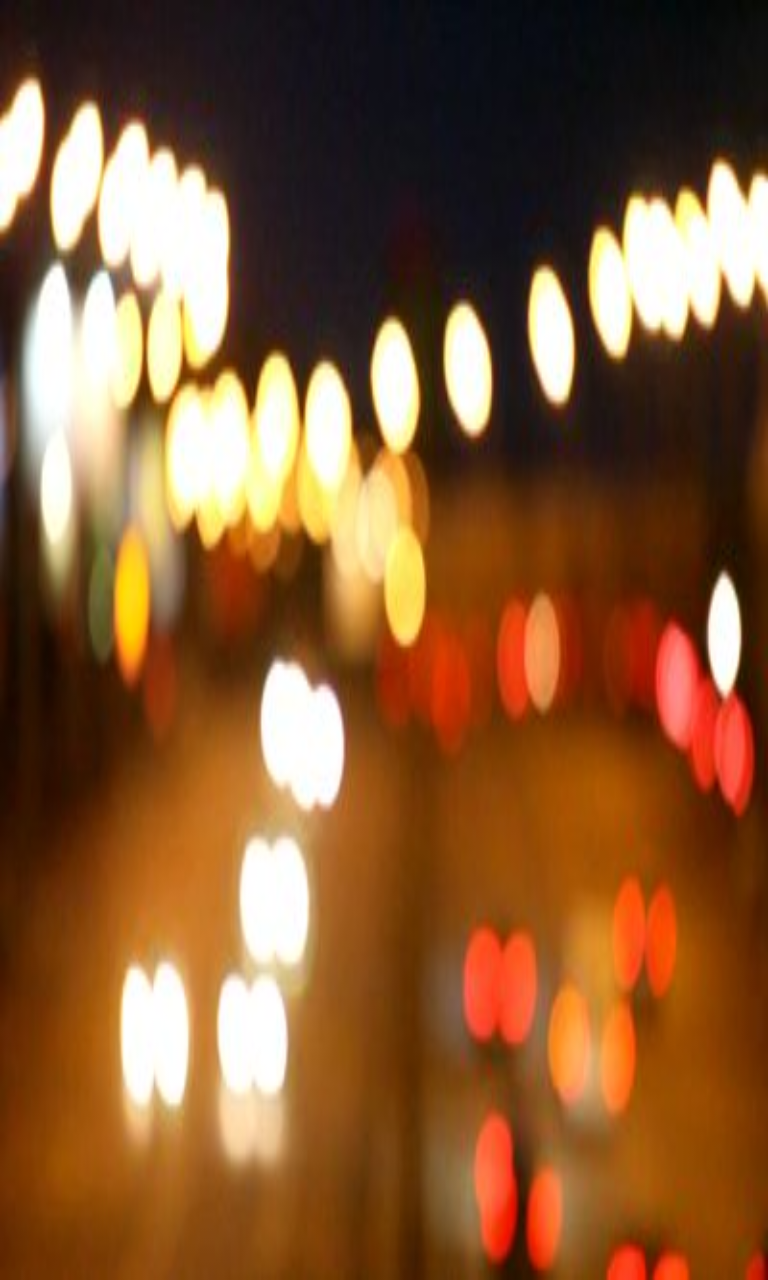
Repository: wellingtondessuy/AppLearning
Layout: HappyApp/res/layout/activity_login.xml
These files come from the project's save history. The layout is drawn as it stood at one moment and after the next save; the edit follows.
It is drawn on a 768 x 1280 px phone screen (xhdpi) without system bars, with theme AppTheme; the app's code is not run.

Above is the layout before, as saved 2015-05-22 19:03:22.

### HappyApp/res/layout/activity_login.xml
<RelativeLayout xmlns:android="http://schemas.android.com/apk/res/android"
    xmlns:tools="http://schemas.android.com/tools"
    android:layout_width="wrap_content"
    android:layout_height="match_parent"
    android:paddingBottom="@dimen/activity_vertical_margin"
    android:paddingLeft="@dimen/activity_horizontal_margin"
    android:paddingRight="@dimen/activity_horizontal_margin"
    android:paddingTop="@dimen/activity_vertical_margin"
    android:background="@drawable/back_wf"
    tools:context="com.example.happyapp.LoginActivity" >

    <LinearLayout
        android:layout_centerVertical="true">
	    <EditText
	        android:id="@+id/login_user"
	        android:hint="@string/username_or_email"
	        android:textColorHint="#FFFFFF"
	        android:layout_width="match_parent"
	        android:layout_height="match_parent"
	        />

	    <EditText
	        android:id="@+id/login_password"
	        android:hint="@string/password"
	        android:textColorHint="#FFFFFF"
	        android:inputType="textPassword"
	        android:layout_width="match_parent"
	        android:layout_height="match_parent"
	        />
    </LinearLayout>
</RelativeLayout>

### HappyApp/res/values/strings.xml
<?xml version="1.0" encoding="utf-8"?>
<resources>

    <string name="app_name">HappyApp</string>
    <string name="title_section1">Section 1</string>
    <string name="title_section2">Section 2</string>
    <string name="title_section3">Section 3</string>
    <string name="hello_world">Hello world!</string>
    <string name="action_settings">Settings</string>
    <string name="signup">Quero ser sócio!</string>
    <string name="login">Já sou sócio</string>
    <string name="presentation1">Associe-se e tenha muitas vantagens na hora de torcer</string>
    <string name="presentation2">Vantagem 1</string>
    <string name="presentation3">Vantagem 2</string>
    <string name="presentation4">Vantagem 3</string>
    <string name="presentation5">Vantagem 4</string>
    <string name="logo_description">Logo do Time</string>
    <string name="title_activity_login">LoginActivity</string>
    <string name="title_activity_register">RegisterActivity</string>
    <string name="username_or_email">Usuário ou email</string>
    <string name="password">Senha</string>

</resources>

Loaded but not shown: HappyApp/res/values/styles.xml (common file); HappyApp/res/values-v11/styles.xml (common file); HappyApp/res/values-v14/styles.xml (common file); HappyApp/res/values/dimens.xml (common file); HappyApp/res/values-w820dp/dimens.xml (common file)

After the next save:
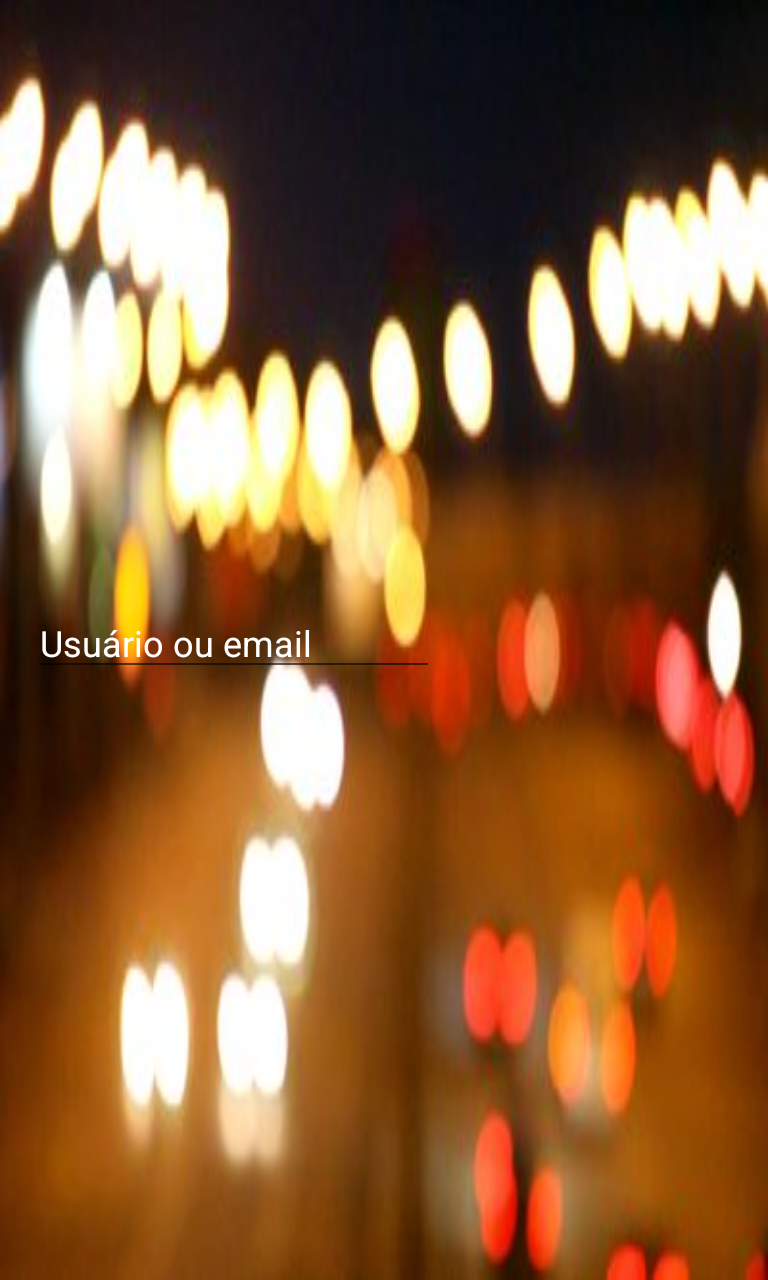
Saved 39 s later.
--- a/HappyApp/res/layout/activity_login.xml
+++ b/HappyApp/res/layout/activity_login.xml
@@ -10,7 +10,9 @@
     tools:context="com.example.happyapp.LoginActivity" >
 
     <LinearLayout
-        android:layout_centerVertical="true">
+        android:layout_centerVertical="true"
+        android:layout_width="wrap_content"
+        android:layout_height="wrap_content">
 	    <EditText
 	        android:id="@+id/login_user"
 	        android:hint="@string/username_or_email"
